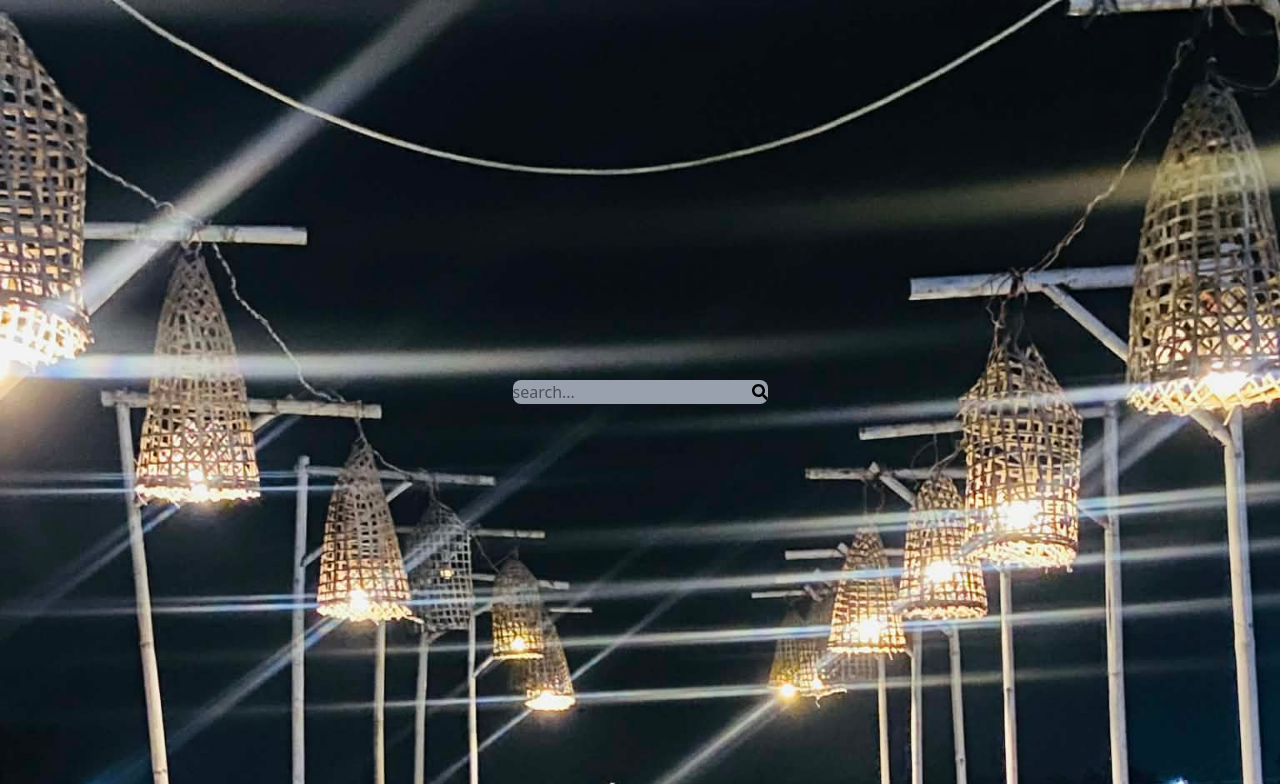
Repository: ridhukhan/chatapp
Page: / (app in frontend/)
The author's editor kept a copy of each file at every save. The page is drawn from the files as they stood at one save, then again after the next save.
The browser window is 1280 px wide. The pictures show the whole page.
Backgrounds fixed to the window are drawn as part of the page. The project was rebuilt for these pictures with package versions that can differ from the ones it lists, and the page was loaded fresh each time. Also part of the build but not shown: frontend/vite.config.js, frontend/src/Pages/login/Login.jsx, frontend/src/Pages/signup/GendarCheckbox.jsx, frontend/src/Pages/signup/SignUp.jsx.

Above is the page before, as saved 2025-12-25 15:06:21.

After the next save:
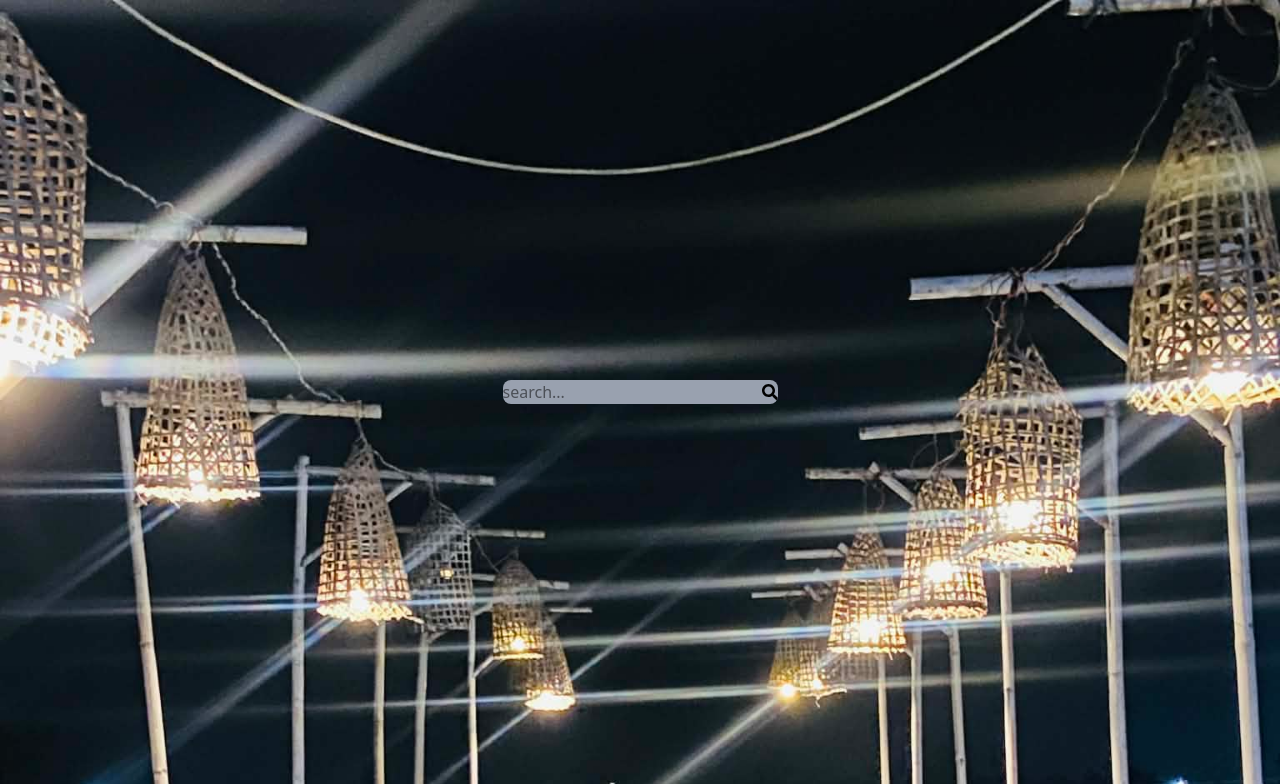
Saved 7 min 16 s later.
--- a/frontend/src/Components/sidebar/SearchInput.jsx
+++ b/frontend/src/Components/sidebar/SearchInput.jsx
@@ -4,7 +4,7 @@
   return (
     <form className='flex items-center gap-2'>
 <input type='text' placeholder='search...' className='input input-bordered rouunded-full'/>
-<button type="submit" className='btn btn-circle'><FaSearch /></button>
+<button type="submit" className='ml-5 btn-circle'><FaSearch /></button>
     </form>
   )
 }
